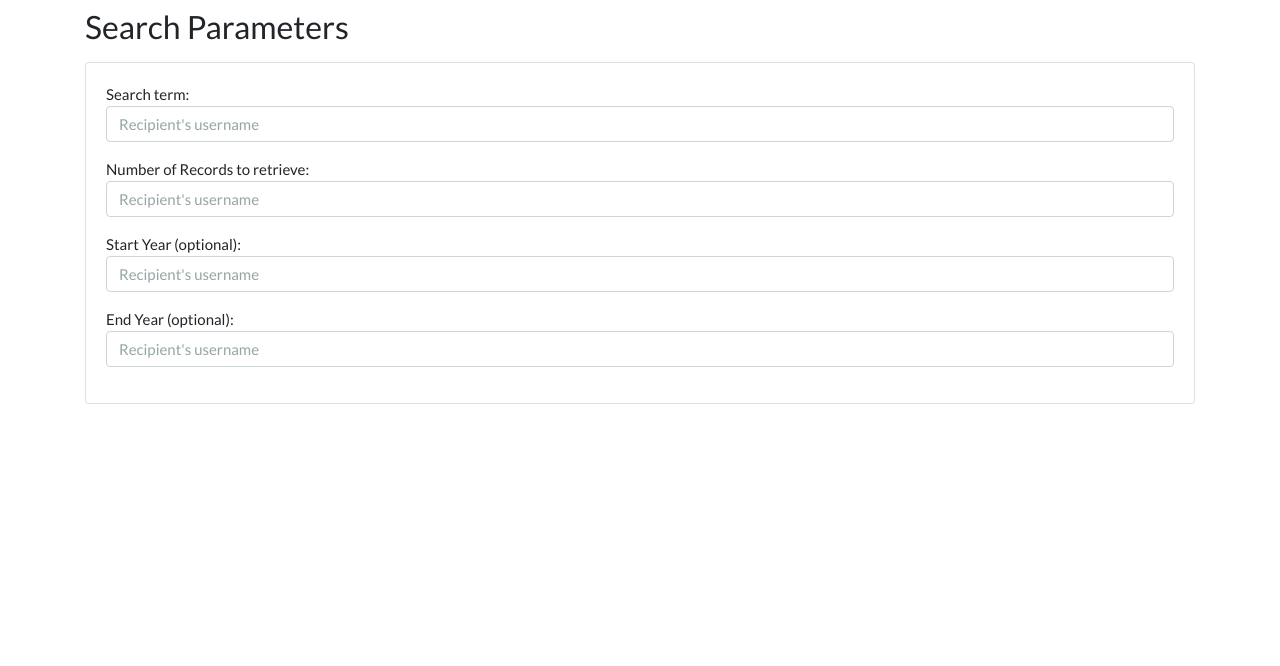
Repository: broganneagle/NYTSearch
Page: index.html
The author's editor kept a copy of each file at every save. The page is drawn from the files as they stood at one save, then again after the next save.
The browser window is 1280 px wide. The pictures show the whole page.
Some web libraries are served in a nearby version.

Above is the page before, as saved 2020-06-26 13:48:11.

### index.html
<!DOCTYPE html>
<html lang="en">

<head>
    <meta charset="UTF-8">
    <meta name="viewport" content="width=device-width, initial-scale=1.0">
    <title>NYT Search</title>
    <link rel="stylesheet" href="https://stackpath.bootstrapcdn.com/bootstrap/4.3.1/css/bootstrap.min.css" />
    <link href="https://stackpath.bootstrapcdn.com/bootswatch/4.5.0/flatly/bootstrap.min.css" rel="stylesheet"
        integrity="sha384-mhpbKVUOPCSocLzx2ElRISIORFRwr1ZbO9bAlowgM5kO7hnpRBe+brVj8NNPUiFs" crossorigin="anonymous">
</head>

<body>
    <div class=container>
        <p class="h3"><h3>Search Parameters</h3></p>
        <div class="card">
            <div class="card-body">
                Search term:
                <div class="input-group mb-3">
                    <input type="text" class="form-control" placeholder="Recipient's username"
                        aria-label="Recipient's username" aria-describedby="button-addon2">
                </div>

                    Number of Records to retrieve:
                    <div class="input-group mb-3">

                        <input type="text" class="form-control" placeholder="Recipient's username"
                            aria-label="Recipient's username" aria-describedby="button-addon2">
                    </div>

                    Start Year (optional):
                    <div class="input-group mb-3">
                        <input type="text" class="form-control" placeholder="Recipient's username"
                            aria-label="Recipient's username" aria-describedby="button-addon2">
                    </div>

                    End Year (optional):
                    <div class="input-group mb-3">
                        <input type="text" class="form-control" placeholder="Recipient's username"
                            aria-label="Recipient's username" aria-describedby="button-addon2">


                    </div>
                </div>

</body>

</html>

After the next save:
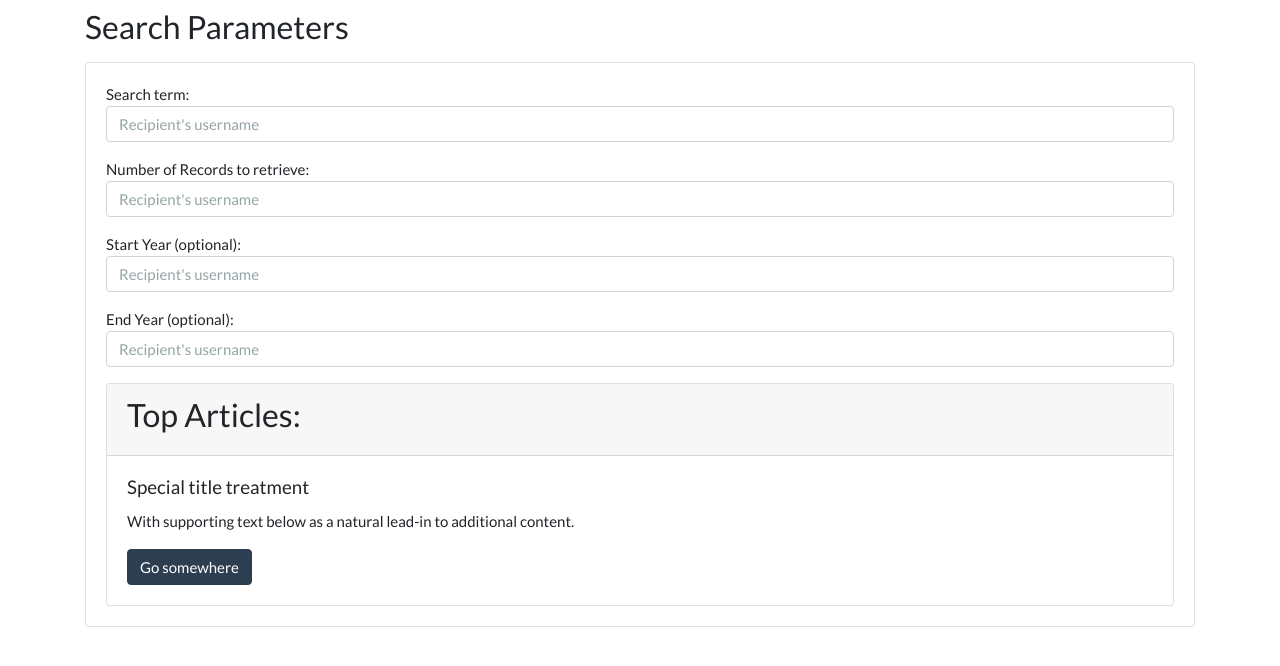
Saved 2 min 37 s later.
--- a/index.html
+++ b/index.html
@@ -38,9 +38,17 @@
                     <div class="input-group mb-3">
                         <input type="text" class="form-control" placeholder="Recipient's username"
                             aria-label="Recipient's username" aria-describedby="button-addon2">
-
-
                     </div>
+                    <div class="card">
+                        <div class="card-header">
+                          <h3>Top Articles:</h3>
+                        </div>
+                        <div class="card-body">
+                          <h5 class="card-title">Special title treatment</h5>
+                          <p class="card-text">With supporting text below as a natural lead-in to additional content.</p>
+                          <a href="#" class="btn btn-primary">Go somewhere</a>
+                        </div>
+                      </div>
                 </div>
 
 </body>
